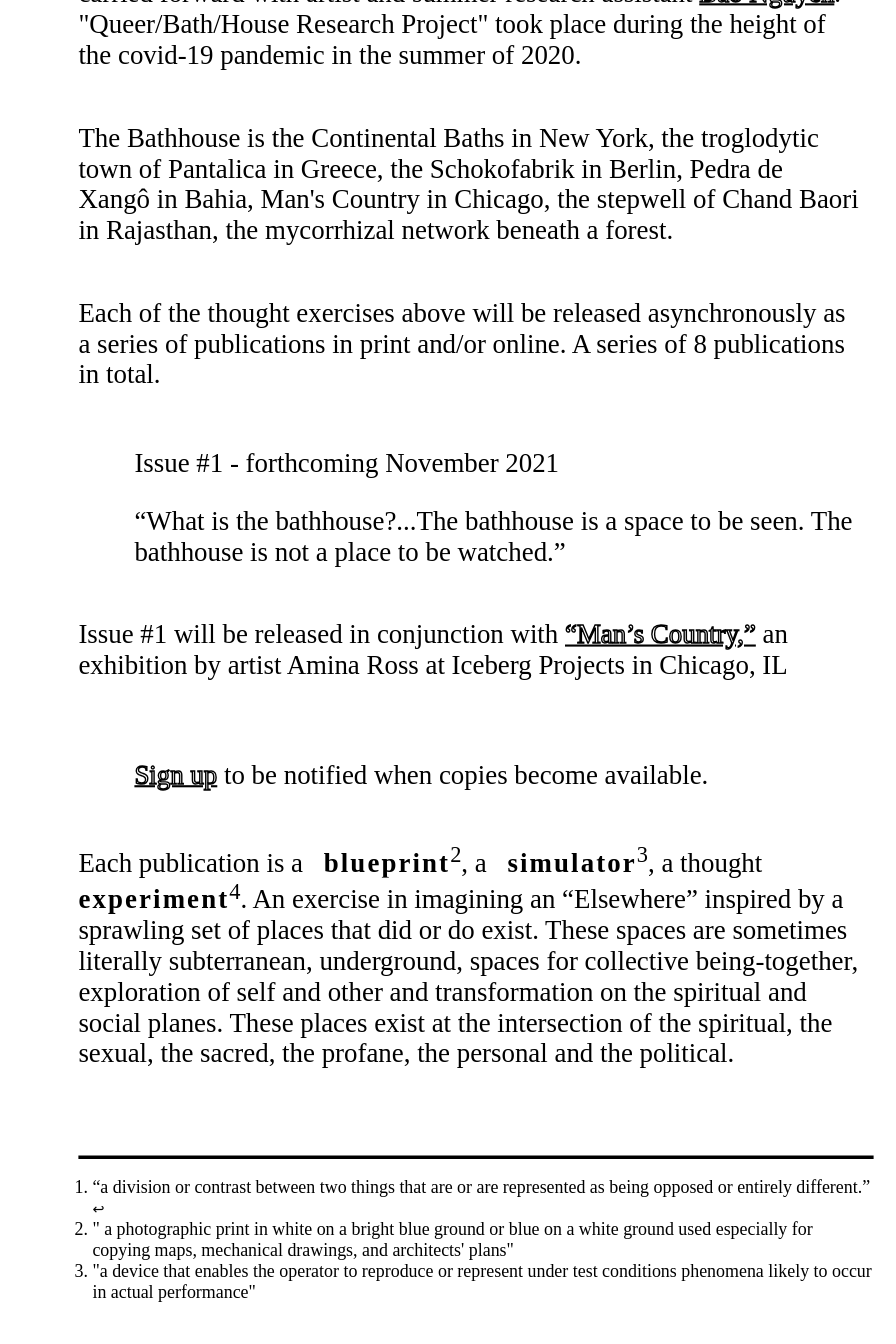
Repository: ayoungblood2/bathhouse.online
Page: index.html
An editor plug-in stored every save of this project. The page is shown before and after the next save, followed by the edit.
The browser window is 1280 px wide. The pictures show the part of the page from y = 2484 to 4404 px (the page is 4404 px tall), at 70% of full size.
An inner scrolling area shows only its first screen. Backgrounds fixed to the window are drawn as part of the page. Some web fonts or font styles are not loaded; a fallback is used.

Above is the page before, as saved 2021-10-16 17:24:38.
Not found: js/layout_main.js
Not found: js/three_main.js
Not found: style.css

After the next save:
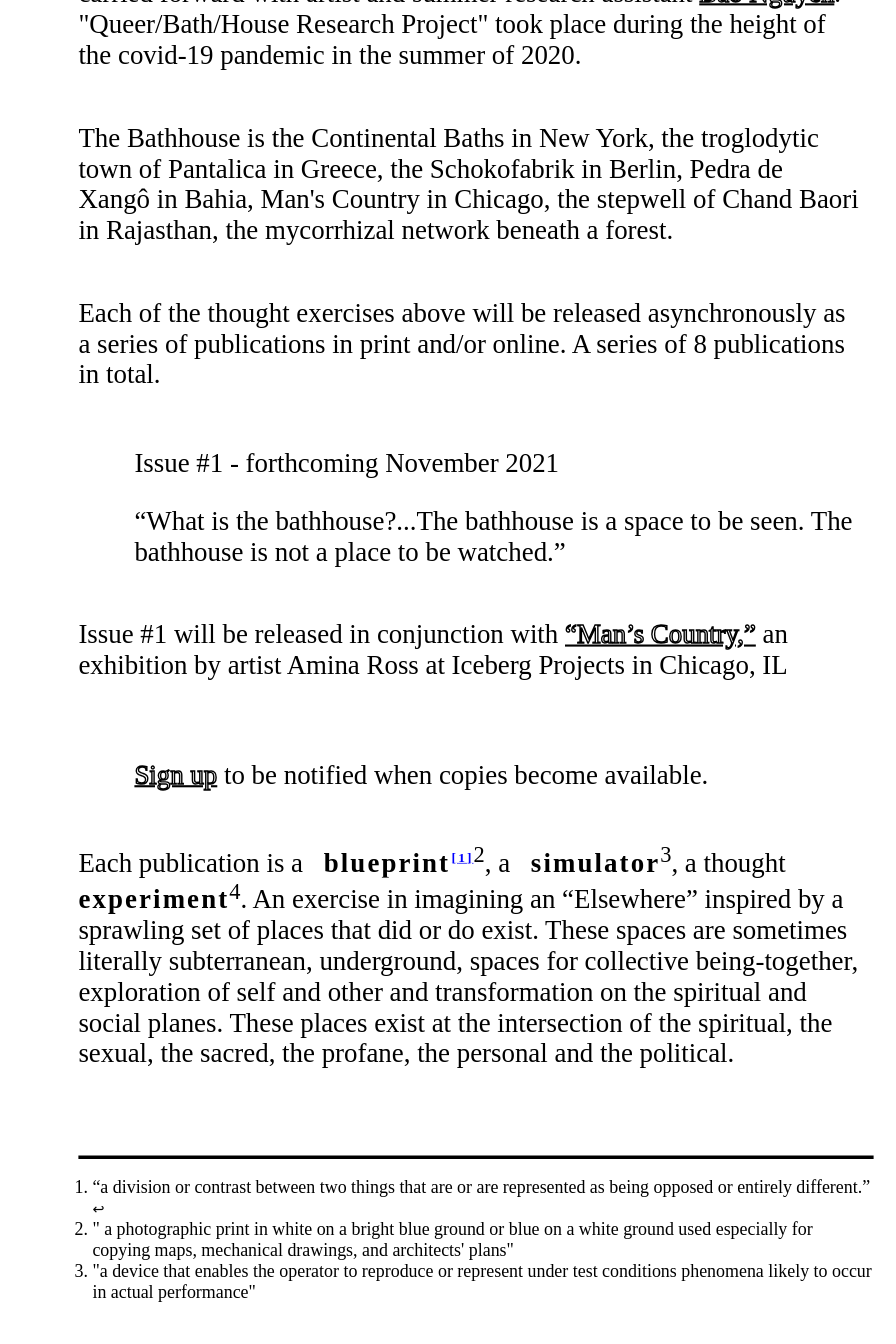
Saved 60 s later.
--- a/index.html
+++ b/index.html
@@ -332,7 +332,7 @@
                 </p>
                 <br> <br>
                 <p>
-                    Each publication is a <span style="letter-spacing: 3px;">blueprint</span><sup>2</sup>, a <span
+                    Each publication is a <span style="letter-spacing: 3px;"><a href="#css" aria-describedby="footnote-label" id="css-ref">blueprint</a></span><sup>2</sup>, a <span
                         style="letter-spacing: 3px;">simulator</span><sup>3</sup>, a thought <span
                         style="letter-spacing: 3px;">experiment</span><sup>4</sup>. An exercise in imagining an
                     “Elsewhere” inspired by a sprawling set of places that did or do exist. These spaces are sometimes
